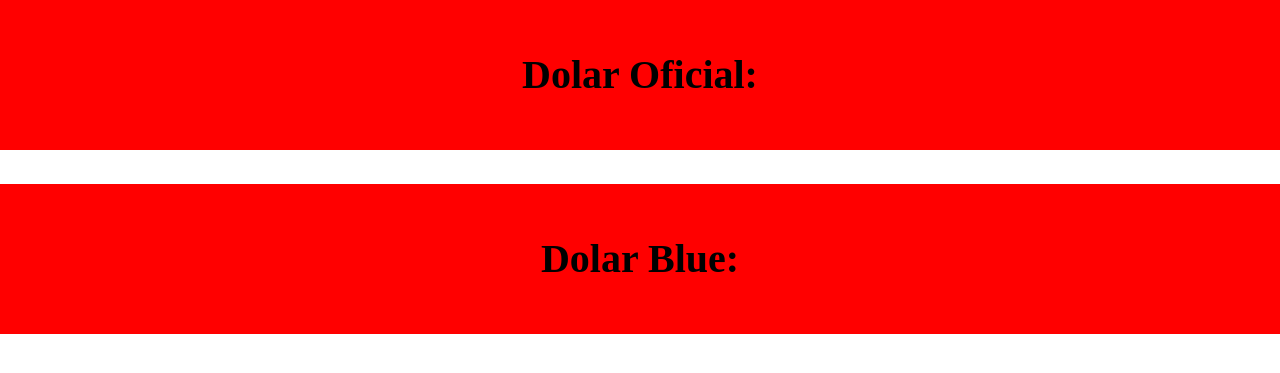
Repository: matias4633/Bill-Metal
Page: BillMetal/widget/BillMetal/index.html
The author's editor kept a copy of each file at every save. The page is drawn from the files as they stood at one save, then again after the next save.
The browser window is 1280 px wide. The pictures show the whole page.
The page's requests for data from a server got no answer.

Above is the page before, as saved 2022-07-15 02:11:45.
Console error (its wording comes from the project's code and is left out).

### BillMetal/widget/BillMetal/index.html
<!DOCTYPE html>
<html>

<head>
  <meta charset="UTF-8">
  <link rel="stylesheet" type="text/css" href="css/style.css">
  <script src="js/main.js"></script>
  <style></style>
</head>

<body>
  <div id="page">
    <div id="container">
      <p id="texto-oficial">Dolar Oficial: <div id="oficial"></div> ></p>
      <p id="texto-blue">Dolar Blue: <div id="blue"></div> </p>
    </div>
  </div>
</body>

</html>

### BillMetal/widget/BillMetal/css/style.css
html,
body {
    width: 100%;
    height: 100%;
    margin: 0;
    padding: 0;
}
p {
    color: black;
}
#page {
    background-color: white;
    color: #fff;
    height: 100%;
    position: relative;
    width: 100%;
}
#container {
    width: 100%;
    height: 100%;
}
#texto-oficial {
    font-weight: bold;
    font-size: 40px;
    line-height: 150px;
    margin: 0;
    text-align: center;
    background: red

}
#oficial {
    background: blue;
    font-weight: bold;
    font-size: 40px;
    text-align: center;
}
#texto-blue {
    font-weight: bold;
    font-size: 40px;
    line-height: 150px;
    margin: 0;
    text-align: center;
    background: red
}
#blue {
    background: blue;
    font-weight: bold;
    font-size: 40px;
    text-align: center;
}

### BillMetal/widget/BillMetal/js/main.js
window.onload = function() {
  console.log('+[window.onload]');
  // Do nothing now
  const url = 'https://criptoya.com/api/dolar';

  let respuesta= new XMLHttpRequest();
  respuesta.open('GET',url);

  respuesta.onreadystatechange=function(){

      if(respuesta.readyState === XMLHttpRequest.DONE){

          let respuestaJson= JSON.parse(this.responseText);
          console.log(respuestaJson);
          document.getElementById('oficial').innerText = respuestaJson.oficial;
          document.getElementById('blue').innerText= respuestaJson.blue;
      }
  };
  respuesta.send();



};

After the next save:
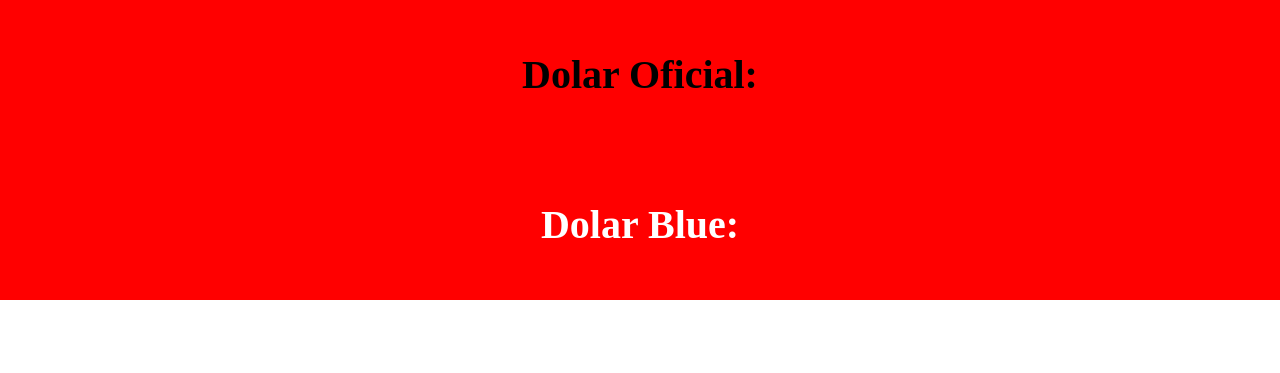
Saved 107 s later.
--- a/BillMetal/widget/BillMetal/index.html
+++ b/BillMetal/widget/BillMetal/index.html
@@ -11,8 +11,8 @@
 <body>
   <div id="page">
     <div id="container">
-      <p id="texto-oficial">Dolar Oficial: <div id="oficial"></div> ></p>
-      <p id="texto-blue">Dolar Blue: <div id="blue"></div> </p>
+      <p id="texto-oficial">Dolar Oficial: <div id="oficial"></div> <div id="texto-blue">Dolar Blue: <div id="blue"></div> </div> </p>
+
     </div>
   </div>
 </body>
